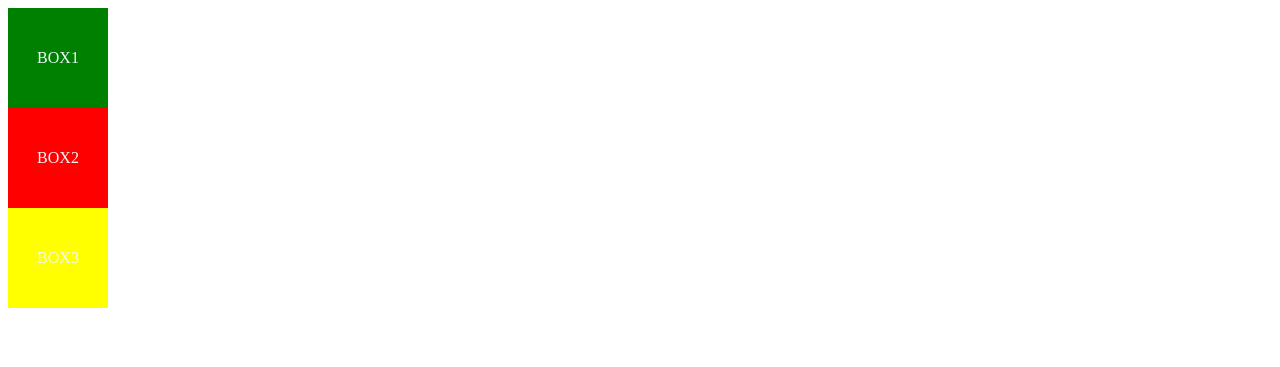
Repository: Ducspdn/WeTheBandF8
Page: html_learn_f8/padding.html
An editor plug-in stored every save of this project. The page is shown before and after the next save, followed by the edit.
The browser window is 1280 px wide. The pictures show the whole page.

Above is the page before, as saved 2023-01-12 19:56:57.

After the next save:
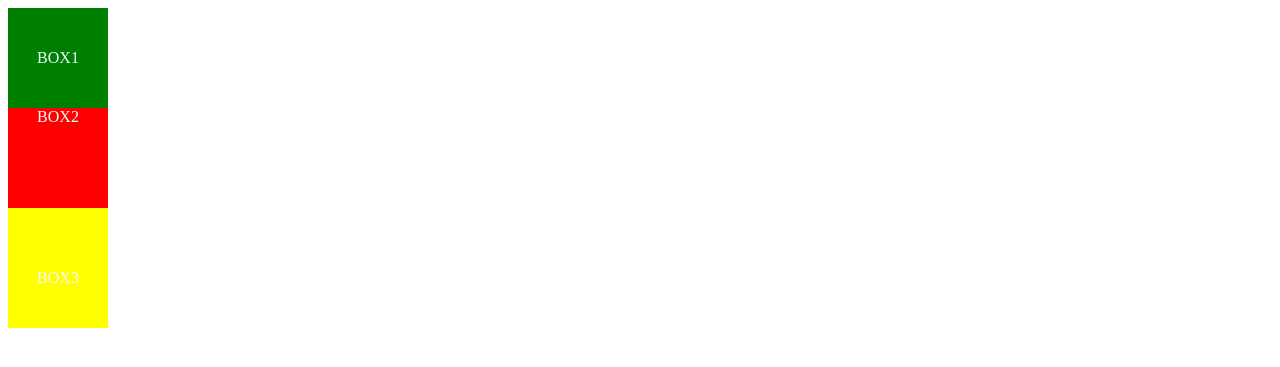
Saved 8 min 53 s later.
--- a/html_learn_f8/padding.html
+++ b/html_learn_f8/padding.html
@@ -3,32 +3,52 @@
     <head>
         <title>HELLO</title>
         <style>
-             .box{
+             /* .box{
                 width: 100px;
                 height: 100px;
                 color: aliceblue;
                 /* căn giữa chữ trong css */
+                /* display: flex;
+                align-items: center;
+                justify-content: center; */
+             /* }  */
+             .box1{
+                background: green;
+                width: 100px;
+                height: 100px;
+                color: aliceblue;
                 display: flex;
                 align-items: center;
                 justify-content: center;
-             }
-             .box1{
-                background: green;
-             }
-             .box2{
+            }
+            .box2{
                 background : red;
-             }
-             .box3{
+                width: 100px;
+                height: 100px;
+                color: aliceblue;
+                display : flex ;
+                align-content: center;
+                justify-content: center;
+            }
+            .box3{
                 background: yellow;
-             }
+                width: 100px;
+                height: 100px;
+                color: aliceblue;
+                display: flex;
+                justify-content: center;
+                align-items: center;
+                margin: 0px;
+                padding-top: 20px;
+            }
 
         </style>
     </head>
     <body>
         <!-- division : là thẻ dùng để nhóm nhiều phần tử trong html -->
-        <div class="box box1">BOX1</div>
-        <div class="box box2"> BOX2</div>
-        <div class="box box3">BOX3</div>
+        <div class=" box1">BOX1</div>
+        <div class=" box2"> BOX2</div>
+        <div class=" box3">BOX3</div>
 
     </body>
 
